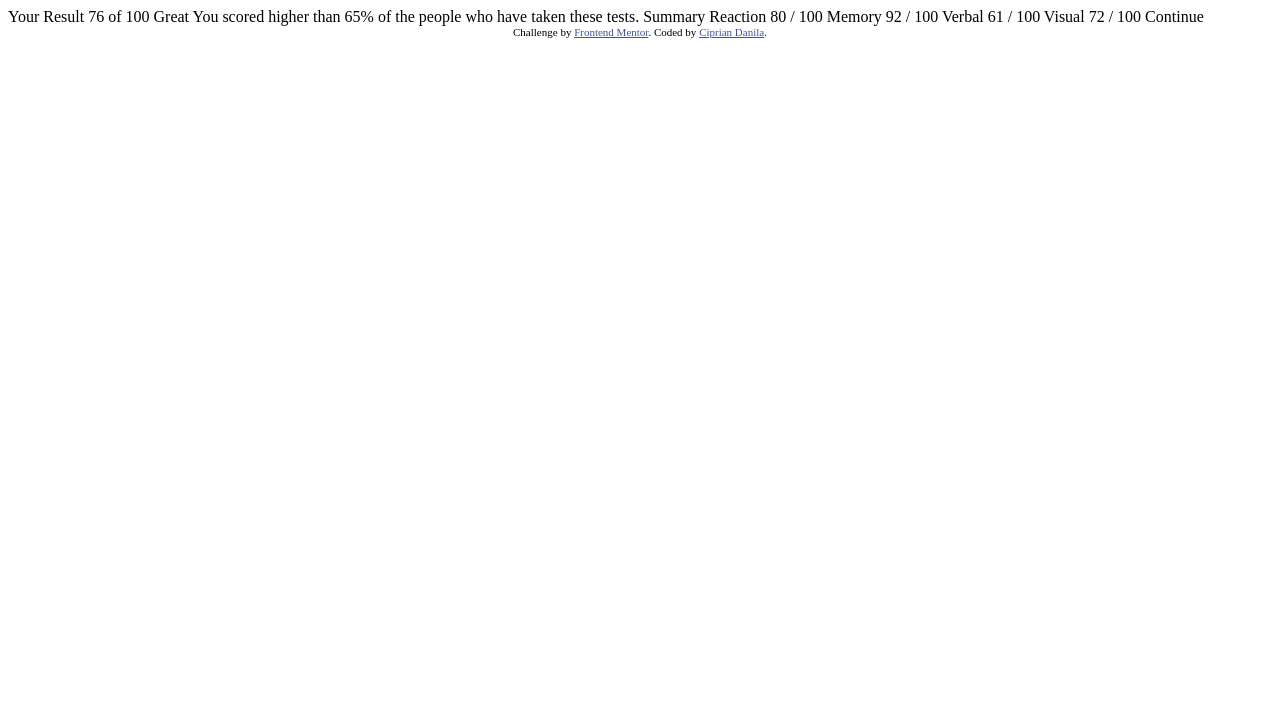
Repository: cipdanila/results-summary-component
Page: index.html
The author's editor kept a copy of each file at every save. The page is drawn from the files as they stood at one save, then again after the next save.
The browser window is 1280 px wide. The pictures show the whole page.

Above is the page before, as saved 2024-02-01 19:53:08.

### index.html
<!DOCTYPE html>
<html lang="en">
<head>
  <meta charset="UTF-8">
  <meta name="viewport" content="width=device-width, initial-scale=1.0"> <!-- displays site properly based on user's device -->

  <link rel="icon" type="image/png" sizes="32x32" href="./assets/images/favicon-32x32.png">
  <link rel="stylesheet" href="styles.css">
  <title>Frontend Mentor | Results summary component</title>

</head>
<body>
  <main>

  </main>

  Your Result
  76
  of 100

  Great
  You scored higher than 65% of the people who have taken these tests.

  Summary

  Reaction
  80 / 100

  Memory
  92 / 100

  Verbal
  61 / 100

  Visual
  72 / 100

  Continue

  <footer>
    <div class="attribution">
        Challenge by
        <a
            href="https://www.frontendmentor.io/challenges/results-summary-component-CE_K6s0maV/hub"
            target="_blank"
            rel="noopener noreferer"
            >Frontend Mentor</a
        >. Coded by <a href="https://github.com/cipdanila" target="_blank" rel="noopener noreferer">Ciprian Danila</a>.
    </div>
</footer>
</body>
</html>

### styles.css
.attribution {
    font-size: 11px;
    text-align: center;
}
.attribution a {
    color: hsl(228, 45%, 44%);
}

After the next save:
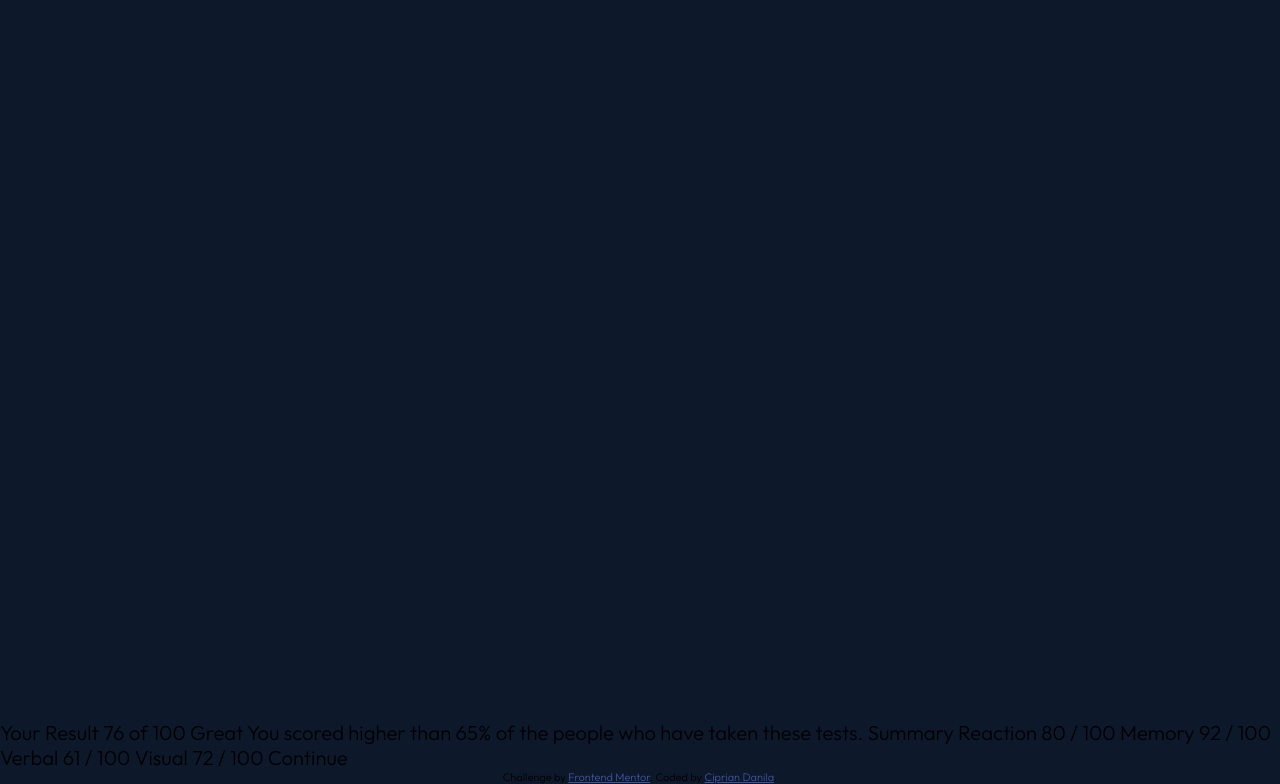
Saved 26 s later.
--- a/styles.css
+++ b/styles.css
@@ -1,3 +1,38 @@
+@import url("https://fonts.googleapis.com/css2?family=Outfit:wght@300;400;600&display=swap");
+
+:root {
+    /* Colors */
+    /* Primary */
+    --soft-blue: hsl(215, 51%, 70%); /* paragraph */
+    --cyan: hsl(178, 100%, 50%); /* active states */
+    /* Neutrals */
+    --very-dark-blue-main: hsl(217, 54%, 11%); /* main background */
+    --very-dark-blue-card: hsl(216, 50%, 16%); /* card background */
+    --very-dark-blue-line: hsl(215, 32%, 27%); /* hr line */
+    --white: hsl(0, 0%, 100%); /* title */
+}
+
+*, *::after, *::before {
+    box-sizing: border-box;
+    margin: 0;
+    padding: 0;
+}
+
+body, html {
+    height: 100%;
+    font-family: "Outfit", sans-serif;
+    font-size: 1.125rem;
+    font-weight: 300;
+    background-color: var(--very-dark-blue-main);
+}
+
+main {
+    display: flex;
+    justify-content: center;
+    align-items: center;
+    height: 100%;
+}
+
 .attribution {
     font-size: 11px;
     text-align: center;
